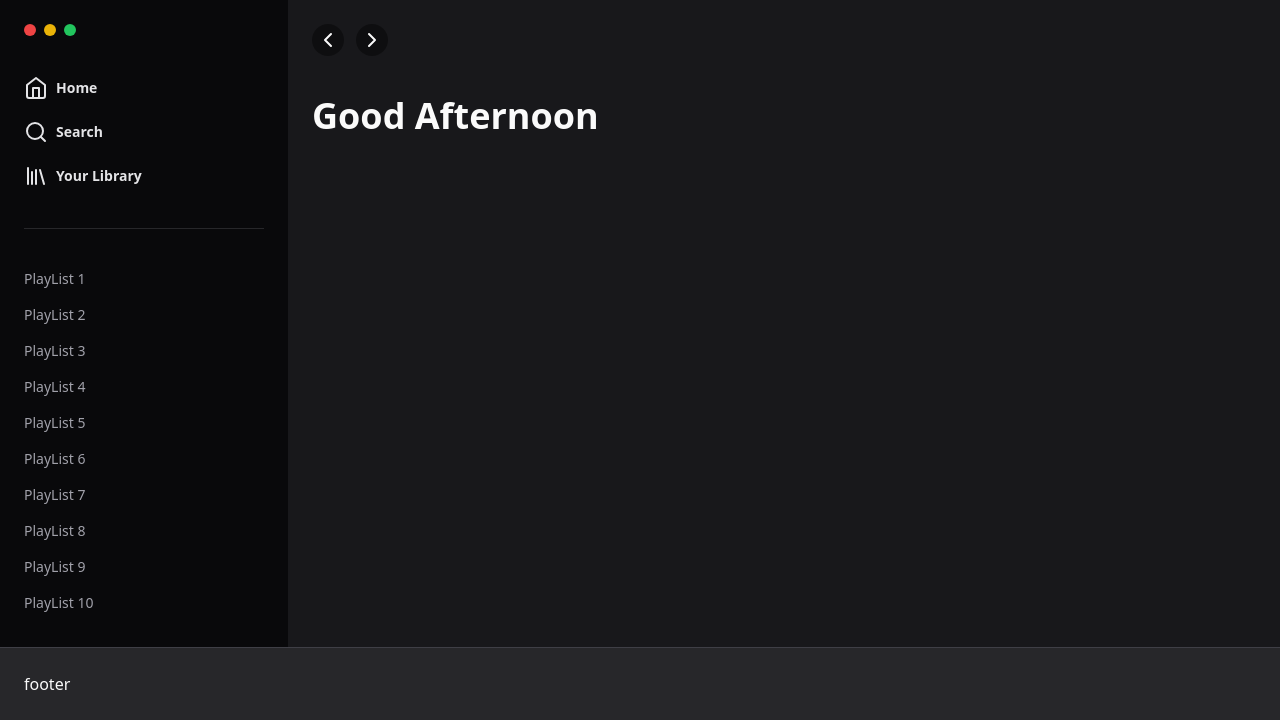
Repository: guilhermecardoso93/tailwind-spotify
Page: /
These files come from the project's save history. The page is drawn as it stood at one moment and after the next save; the edit follows.
The browser window is 1280 px wide. The pictures show the whole page.
The project was rebuilt for these pictures with package versions that can differ from the ones it lists, and the page was loaded fresh each time. The framework's server and built-in components were replaced by stand-ins that run in the browser. Also part of the build but not shown: next.config.js.

Above is the page before, as saved 2023-04-15 20:13:24.

### src/app/layout.tsx
import './globals.css'

export const metadata = {
  title: 'Spotify',
  description: 'Music!',
}

export default function RootLayout({
  children,
}: {
  children: React.ReactNode
}) {
  return (
    <html lang="en">
      <body className="bg-zinc-900 text-zinc-50">{children}</body>
    </html>
  )
}

### src/app/page.tsx
import { Home as HomeIcon, Search, Library, ChevronLeft, ChevronRight } from "lucide-react";
export default function Home() {
  return (
    <div className="h-screen flex flex-col">
      <div className="flex flex-1">
        <aside className="w-72 bg-zinc-950 p-6">
          <div className="flex items-center gap-2">
            <div className="w-3 h-3 bg-red-500 rounded-full"></div>
            <div className="w-3 h-3 bg-yellow-500 rounded-full"></div>
            <div className="w-3 h-3 bg-green-500 rounded-full"></div>
          </div>
          <nav className="space-y-5 mt-10">
            <a
              href=""
              className="flex items-center gap-2 text-sm font-semibold text-zinc-200"
            >
              <HomeIcon /> Home
            </a>
            <a
              href=""
              className="flex items-center gap-2 text-sm font-semibold text-zinc-200"
            >
              {" "}
              <Search /> Search
            </a>
            <a
              href=""
              className="flex items-center gap-2 text-sm font-semibold text-zinc-200"
            >
              {" "}
              <Library /> Your Library
            </a>
          </nav>

          <nav className="mt-10 pt-10 border-t border-zinc-800 flex flex-col gap-4">
            <a href="" className='text-sm text-zinc-400 hover:text-zinc-100'>PlayList 1</a>
            <a href="" className='text-sm text-zinc-400 hover:text-zinc-100'>PlayList 2</a>
            <a href="" className='text-sm text-zinc-400 hover:text-zinc-100'>PlayList 3</a>
            <a href="" className='text-sm text-zinc-400 hover:text-zinc-100'>PlayList 4</a>
            <a href="" className='text-sm text-zinc-400 hover:text-zinc-100'>PlayList 5</a>
            <a href="" className='text-sm text-zinc-400 hover:text-zinc-100'>PlayList 6</a>
            <a href="" className='text-sm text-zinc-400 hover:text-zinc-100'>PlayList 7</a>
            <a href="" className='text-sm text-zinc-400 hover:text-zinc-100'>PlayList 8</a>
            <a href="" className='text-sm text-zinc-400 hover:text-zinc-100'>PlayList 9</a>
            <a href="" className='text-sm text-zinc-400 hover:text-zinc-100'>PlayList 10</a>
          </nav>
        </aside>
        <main className="flex-1 p-6">
          <div className="flex items-center gap-3">
            <button className="rounded-full bg-black/40 p-1">
              <ChevronLeft />
            </button>
            <button className="rounded-full bg-black/40 p-1">
              <ChevronRight />
            </button>
          </div>
          <h1 className="font-semibold text-4xl mt-10">Good Afternoon</h1>
        </main>
      </div>
      <footer className="bg-zinc-800 border-t border-zinc-700 p-6">
        footer
      </footer>
    </div>
  );
}

Loaded but not shown: src/app/globals.css (common file); tailwind.config.js (common file)

After the next save:
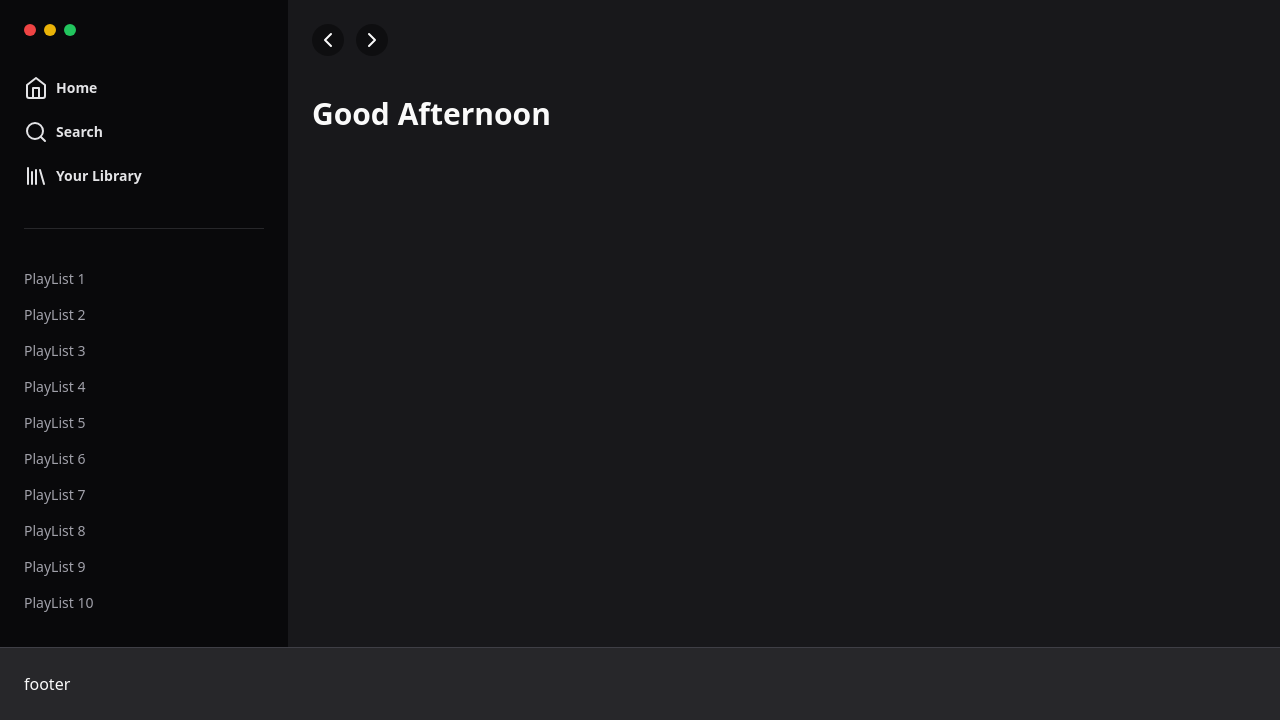
Saved 18 s later.
--- a/src/app/page.tsx
+++ b/src/app/page.tsx
@@ -1,4 +1,10 @@
-import { Home as HomeIcon, Search, Library, ChevronLeft, ChevronRight } from "lucide-react";
+import {
+  Home as HomeIcon,
+  Search,
+  Library,
+  ChevronLeft,
+  ChevronRight,
+} from "lucide-react";
 export default function Home() {
   return (
     <div className="h-screen flex flex-col">
@@ -33,16 +39,36 @@
           </nav>
 
           <nav className="mt-10 pt-10 border-t border-zinc-800 flex flex-col gap-4">
-            <a href="" className='text-sm text-zinc-400 hover:text-zinc-100'>PlayList 1</a>
-            <a href="" className='text-sm text-zinc-400 hover:text-zinc-100'>PlayList 2</a>
-            <a href="" className='text-sm text-zinc-400 hover:text-zinc-100'>PlayList 3</a>
-            <a href="" className='text-sm text-zinc-400 hover:text-zinc-100'>PlayList 4</a>
-            <a href="" className='text-sm text-zinc-400 hover:text-zinc-100'>PlayList 5</a>
-            <a href="" className='text-sm text-zinc-400 hover:text-zinc-100'>PlayList 6</a>
-            <a href="" className='text-sm text-zinc-400 hover:text-zinc-100'>PlayList 7</a>
-            <a href="" className='text-sm text-zinc-400 hover:text-zinc-100'>PlayList 8</a>
-            <a href="" className='text-sm text-zinc-400 hover:text-zinc-100'>PlayList 9</a>
-            <a href="" className='text-sm text-zinc-400 hover:text-zinc-100'>PlayList 10</a>
+            <a href="" className="text-sm text-zinc-400 hover:text-zinc-100">
+              PlayList 1
+            </a>
+            <a href="" className="text-sm text-zinc-400 hover:text-zinc-100">
+              PlayList 2
+            </a>
+            <a href="" className="text-sm text-zinc-400 hover:text-zinc-100">
+              PlayList 3
+            </a>
+            <a href="" className="text-sm text-zinc-400 hover:text-zinc-100">
+              PlayList 4
+            </a>
+            <a href="" className="text-sm text-zinc-400 hover:text-zinc-100">
+              PlayList 5
+            </a>
+            <a href="" className="text-sm text-zinc-400 hover:text-zinc-100">
+              PlayList 6
+            </a>
+            <a href="" className="text-sm text-zinc-400 hover:text-zinc-100">
+              PlayList 7
+            </a>
+            <a href="" className="text-sm text-zinc-400 hover:text-zinc-100">
+              PlayList 8
+            </a>
+            <a href="" className="text-sm text-zinc-400 hover:text-zinc-100">
+              PlayList 9
+            </a>
+            <a href="" className="text-sm text-zinc-400 hover:text-zinc-100">
+              PlayList 10
+            </a>
           </nav>
         </aside>
         <main className="flex-1 p-6">
@@ -54,7 +80,7 @@
               <ChevronRight />
             </button>
           </div>
-          <h1 className="font-semibold text-4xl mt-10">Good Afternoon</h1>
+          <h1 className="font-semibold text-3xl mt-10">Good Afternoon</h1>
         </main>
       </div>
       <footer className="bg-zinc-800 border-t border-zinc-700 p-6">
